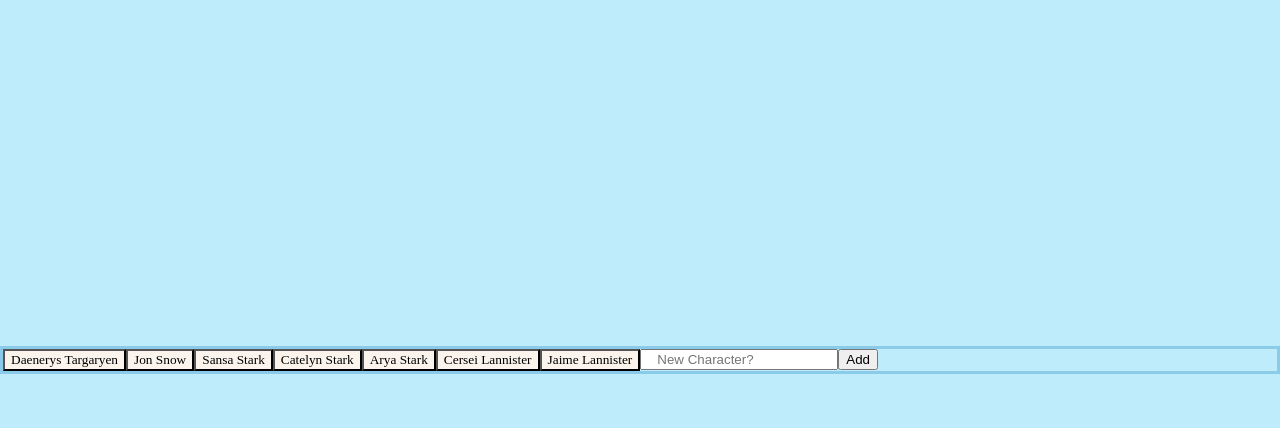
Repository: dsaftler/GifTastic
Page: index.html
An editor plug-in stored every save of this project. The page is shown before and after the next save, followed by the edit.
The browser window is 1280 px wide. The pictures show the whole page.
Some web libraries are served in a nearby version.

Above is the page before, as saved 2019-04-20 08:36:04.

### index.html
<!DOCTYPE html>
<html lang="en">
<head>
    <!-- meta tags -->
    <meta http-equiv="content-type" content="text/html; charset=utf-8">
    <meta name="viewport" content="width=device-width, initial-scale=1.0">
    <!-- bootstrap -->

    <!-- custom css -->
    <link rel="stylesheet" href="assets/CSS/style.css" type="text/css">

  <title>GOT Giffy?</title>
</head>
<body>
<div class="container">
  <div class="btnsDiv">
  <div class="getTopic">

    <form role="form">

      <!-- Here we create the text box for capturing the search term-->
      <div class="form-group">
        <label for="search">New Character? </label>
        <input type="text" class="form-control" id="search-term">
      </div>

      <!-- Here we capture the number of records that the user wants to retrieve  -->
      <!-- <div class="form-group">
        <label for="pwd">Number of Imagess to Retrieve:</label>
        <select id="article-count" class="custom-select" aria-labelledby="dropdownMenuButton">
          <option selected value="1">1</option>
          <!-- Setting the option for 5 as default -->
          <!-- <option value="5" selected>5</option>
          <option value="10">10</option>
        </select>
      </div> -->


      <!-- Here we have our final submit button -->
      <button type="submit" class="btn btn-default" id="run-search">
        <i class="fa fa-search"></i> Search</button>

    </form>




  </div>
  <div class="showGifs">

  </div>

  </div>

</div>
<!-- <iframe src="https://giphy.com/embed/26FmPX0RBmzdY2HmM" width="480" height="239" frameBorder="0" class="giphy-embed"
  allowFullScreen></iframe>
<p><a href="https://giphy.com/gifs/gameofthrones-game-of-thrones-hbo-26FmPX0RBmzdY2HmM">via GIPHY</a></p> -->
<!-- bootstrap scripts -->
 <script src="https://cdnjs.cloudflare.com/ajax/libs/jquery/3.2.1/jquery.min.js"></script>
<script src="https://cdnjs.cloudflare.com/ajax/libs/popper.js/1.14.7/umd/popper.min.js"
  integrity="sha384-UO2eT0CpHqdSJQ6hJty5KVphtPhzWj9WO1clHTMGa3JDZwrnQq4sF86dIHNDz0W1" crossorigin="anonymous"></script>
<script src="https://stackpath.bootstrapcdn.com/bootstrap/4.3.1/js/bootstrap.min.js"
  integrity="sha384-JjSmVgyd0p3pXB1rRibZUAYoIIy6OrQ6VrjIEaFf/nJGzIxFDsf4x0xIM+B07jRM" crossorigin="anonymous"></script>
<script src="assets/Javascript/app.js"></script>

</body>
</html>

### assets/CSS/style.css
  html {
    height: 100%;
  }

  body {

    height: 100%;
    margin: 0;
    padding: 0;
    margin: auto;
    align-content: center;
  background-image: "assets/images/ezgif.com-resize.webp";
  background-color: rgb(190, 236, 250);
  font-family: 'Metamorphous',cursive;
  font-size: 16px;

}
.container{
   margin-top; 30px;
   align-content: center;
}
.btnsDiv{
  background-color: rgb(190, 236, 250);
  border: 3px solid rgb(138, 203, 233);
}
#newTopic{
  padding-left: 15px;
}
.imgBtn{
  font-family: "Metamorphous";
  font-size: 20 px;
  background-color: rgb(250, 244, 236);
  color: black;

}
.getTopic{
  float: left;
  border: 3px solid purple;
}
.gif{
  padding: 8px;
  margin: 8px;
  border: 8px groove grey;
  background-color:rgb(250, 244, 236);
}
.showGifs{
  border: 4px solid green;
}
.info{
  font-size: 12px;
}
.imgContainer{
  position: relative;
}
.infoText {
  border: 3px solid red;
  position: absolute;
  bottom: 5px;
  background-color: black;
  color: white;
  padding: 4px;
}
.favorites{
  border: 3px solid aquamarine;
}

### assets/Javascript/app.js
var topics = ["Daenerys Targaryen", "Jon Snow", "Sansa Stark", "Catelyn Stark","Arya Stark", "Cersei Lannister", "Jaime Lannister"];
// var topics = ["Jon Snow",  "Arya", "Daenerys"];
var favorites=[];
var topic, newBtn, i, btnId;
var thisImg;
var myTopic;
var nextBatchPt=0
var newTopic
var getNewTopic
// isAdd=false;
//$("button").on("click", getGif());
// $(".getTopic").hide();
$("#getMore").hide();
$(function () {
  createButtons();


});

function createButtons() {
  $(".btnsDiv").empty()
  for (let i=0; i<topics.length; i++) {
    topic=topics[i]
    // btnId ='topicbtn_' + i
    var newBtn = $('<button>' + topic + '</button>')
        .addClass('imgBtn')
        .attr("id",'topicbtn_' + i)
        .attr('onclick', 'getGif(this.textContent,0);')
       $(".btnsDiv").append(newBtn);
    };
    newTopic=$("<input/>").attr({ type: "text", id: "newTopic", placeholder: "New Character?"});

    getNewTopic =$('<button>Add</button>')
      .addClass('addBtn')
      .attr('onclick', 'addTopic($("#newTopic").val().trim());')

    $(".btnsDiv").append(newTopic);
    $(".btnsDiv").append(getNewTopic);
  }
function addTopic(newTopic){
  topics.push(newTopic);
  console.log(topics)
  createButtons();
}
function getGif(thisTopic,batchsize){
 $("#getMore").hide();
 myTopic=thisTopic
 if (batchsize>0){
   nextBatchPt = nextBatchPt+10
 }
  //alert("clicked "+myTopic );
  var queryURL = "http://api.giphy.com/v1/gifs/search?q=" +
    myTopic + "&offset="+nextBatchPt+
    "&api_key=cQ6v8TyEzI3FgHn04lpj1mdBt9i4u5n8&limit=10";
  $.ajax({
    url: queryURL,
    method: "GET"
  })
    .then(function (response) {
      // Storing an array of results in the results variable
      var results = response.data;
    console.log(results);
      showGifs(results,batchsize>0)
  });
};
function showGifs(imgSet,isAdd){

  //console.log(imgSet);
  if (!isAdd===true){
     $(".showGifs").empty();
  }else{
    $("#getMore").remove();
  };

  for (var i = 0; i < imgSet.length; i++) {

    var imgId = 'image_' + [i]
    var  newGif= $('<img />',{
        src:imgSet[i].images.fixed_height_still.url,
        "data-still": imgSet[i].images.fixed_height_still.url,
        "data-animate": imgSet[i].images.fixed_height.url,
        "data-state":"still",
        "data-url": imgSet[i].images.url,
        id:imgId,
        alt: imgSet[i].title,
        title: "Title: " + imgSet[i].title + "  Rating: " + imgSet[i].rating ,
        class: 'gif'});
        // .attr('onclick', 'getGif(this.textContent,0);')
        newGif.attr('onclick', 'changeState(this.id);')
        //#region   --- infoText
    //  newGif.attr('onclick', 'changeState();');
    // //console.log(newGif);
    //    var infoWidth=imgSet[i].images.fixed_height_still.width + 20;
    //    var infoText = $('<p class="infoText" width=infoWidth></p>');
    //    $(".infoText").text("Title: " + imgSet[i].title + '</br>'
    //     +"Rating: " + imgSet[i].rating + '</br>'
    //     + "Height:" + imgSet[i].images.fixed_height_still.height + '</br>'
    //     + "Width:" + imgSet[i].images.fixed_height_still.width+'</br>')
    // $(".info").text(infoText);
    // Setting the src attribute of the image to a property pulled off the result item
    //  console.log(infoText);
      // !the rating should be UNDER the gif
    //$(".gif").wrap("<div class='imgContainer' width=imgSet[i].images.fixed_height_still.width+20></div>")
    //$(".imgContainer").append($(".infoText"))
    //#endregion

    // Appending the paragraph and image tag to the animalDiv
   // $(".showGifs").append($(".imgContainer"));
     $(".showGifs").append(newGif);
    //  $(".showGifs").append(infoText);
    }
  // $('.gif').click(changeState());
    var getMoreBtn = $('<button>Get 10 More ?</button>')
       .attr("id", "getMore")
      .attr('onclick', 'getGif(myTopic,10);')
    $(".showGifs").append(getMoreBtn);
  };

// var imgTag = document.getElementsByClass("gif");
// imgTag.addEventListener("click", function () {
// function changeState() {
$(".gif").on("click",function() {
  var state = $(this).attr("data-state");
    if (state === "still") {
     $(this).attr("src", $(this).attr("data-animate"));
     $(this).attr("data-state", "animate");
    } else {
     $(this).attr("src", $(this).attr("data-still"));
     $(this).attr("data-state", "still");
   }
  });
function changeState(myImg) {
var state = $(this).attr("data-state");

    if (state === "still") {
      $(this).attr("src", $(this).attr("data-animate"));
      $(this).attr("data-state", "animate");
    } else {
      $(this).attr("src", $(this).attr("data-still"));
      $(this).attr("data-state", "still");
    }
 };

$(".gif").dblclick(function () {
  console.log(thisImg)
  favorites.push(thisImg);
});
//https://media3.giphy.com/media/U3CfsSrd9CbCP95h4d/200_s.gif

  //TODO add the form for input and add button

After the next save:
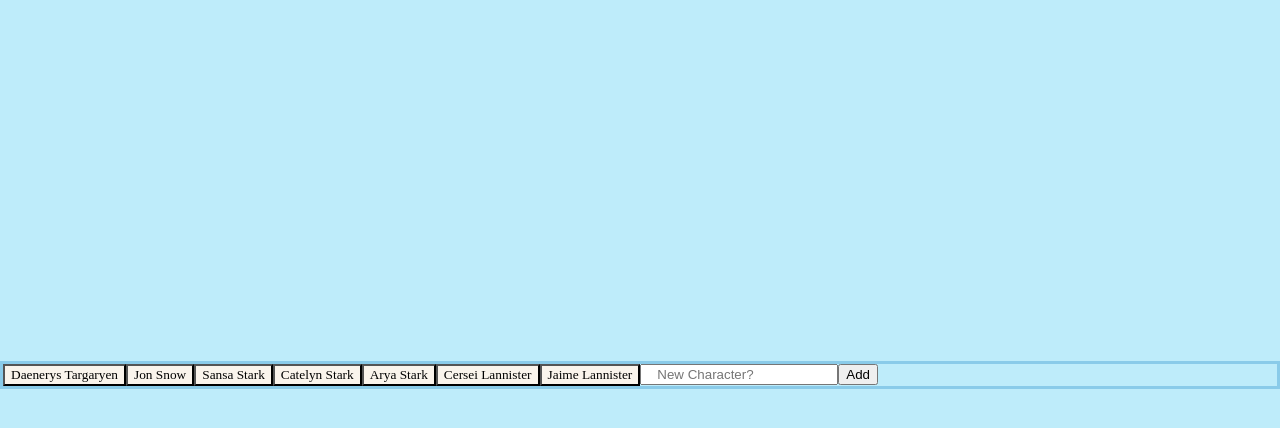
Saved 12 s later.
--- a/assets/CSS/style.css
+++ b/assets/CSS/style.css
@@ -16,7 +16,7 @@
 
 }
 .container{
-   margin-top; 30px;
+   margin-top: 30px;
    align-content: center;
 }
 .btnsDiv{
